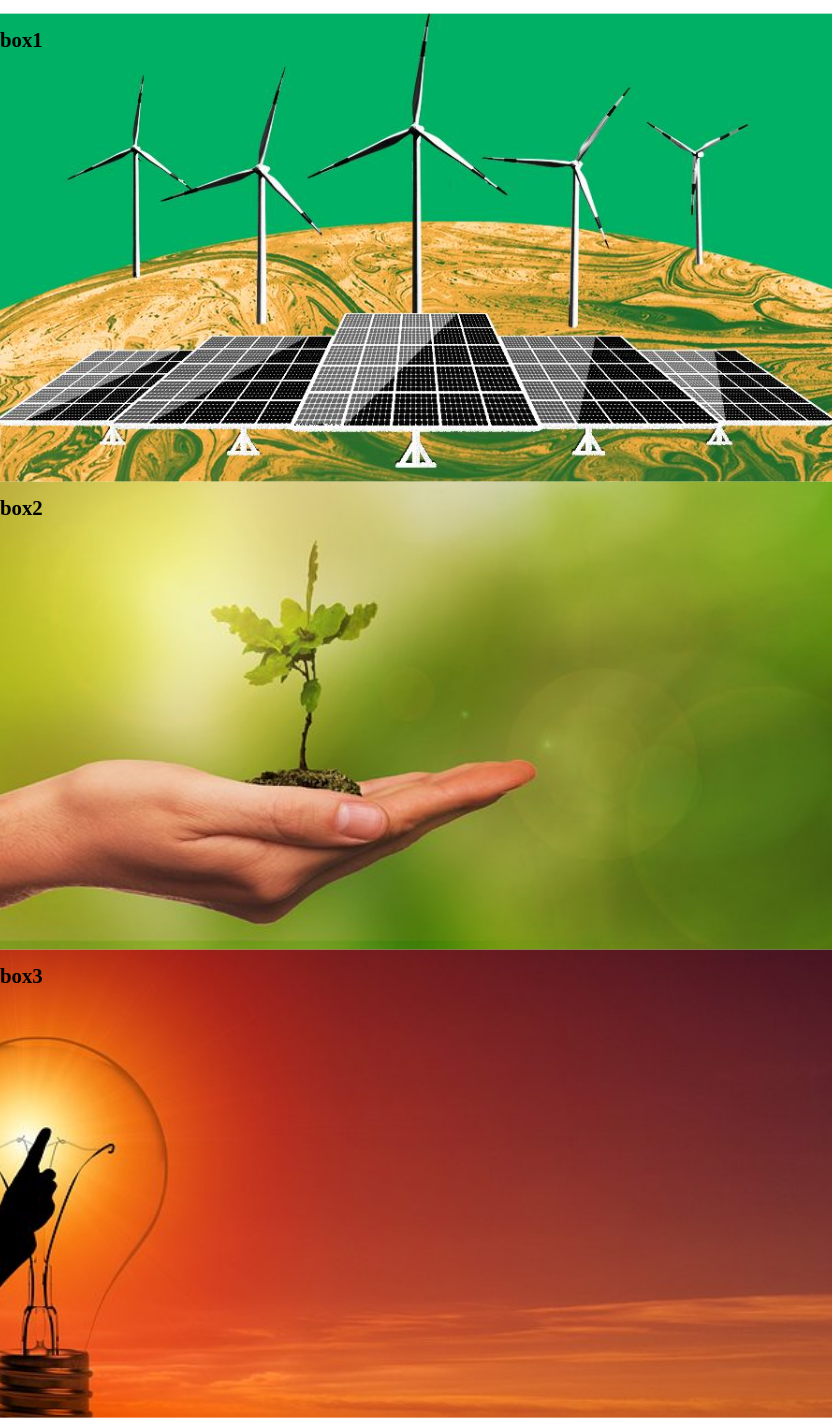
Repository: NavinDayanithi/static-web-design-competition
Page: index.html
An editor plug-in stored every save of this project. The page is shown before and after a run of saves, followed by the edit.
The browser window is 1280 px wide. The pictures show the whole page, at 65% of full size.
Backgrounds fixed to the window are drawn as part of the page.

Above is the page before, as saved 2023-04-28 19:32:02.

After the next 5 saves:
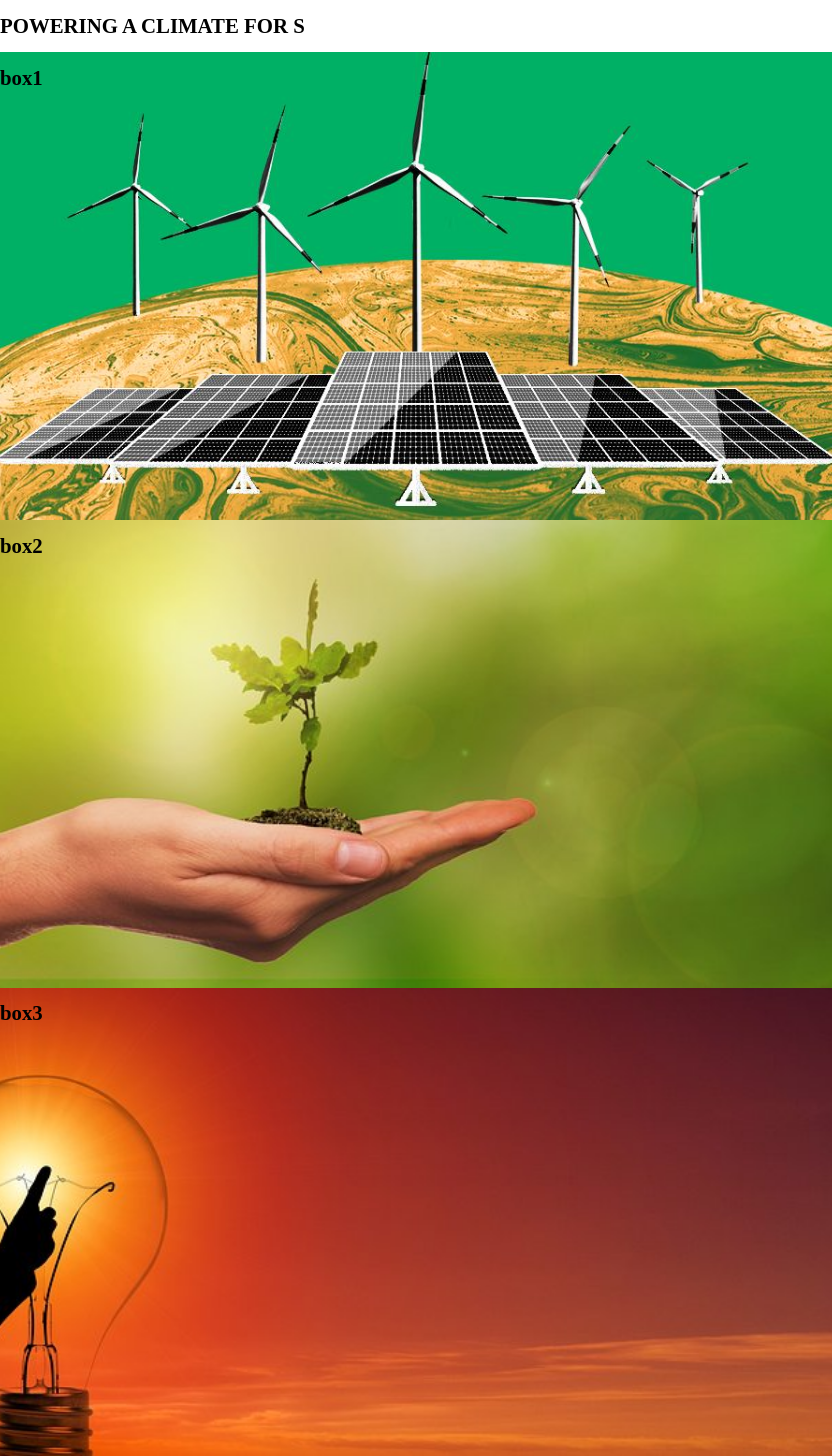
The 5 saves are shown as one change because they came seconds apart.
The last was saved 16 s later.
--- a/index.html
+++ b/index.html
@@ -3,7 +3,7 @@
 <head>
   <title>POWERING CLIMATE </title>
   <link rel="stylesheet" href="styles.css">
-  <h1></h1>
+  <h1>POWERING A CLIMATE FOR S</h1>
 </head>
 <body>
     <div class="box1">
